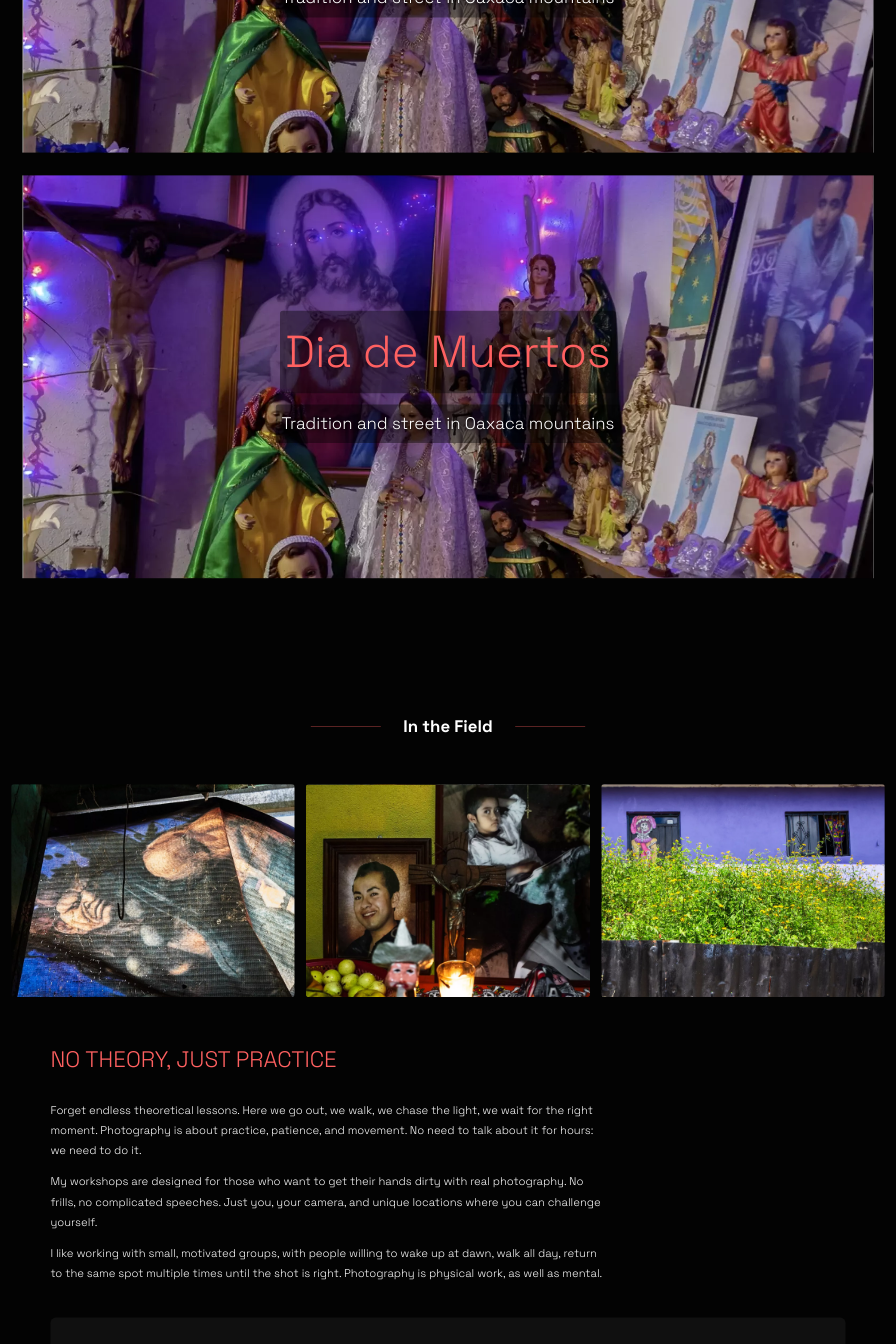
Repository: philipkdpavkia/photo-auto
Page: index.html
The author's editor kept a copy of each file at every save. The page is drawn from the files as they stood at one save, then again after the next save.
The browser window is 1280 px wide. The pictures show the part of the page from y = 1666 to 3586 px (the page is 4705 px tall before and 4097 px after), at 70% of full size.

Above is the page before, as saved 2024-11-16 16:26:58.

### index.html
<!DOCTYPE html>
<html lang="en">
 <head>
  <meta charset="utf-8"/>
  <meta content="width=device-width, initial-scale=1.0" name="viewport"/>
  <!-- Primary Meta Tags -->
  <title>
   Photography Workshops in Cuba, Senegal &amp; Mexico | Street &amp; Travel Photography
  </title>
  <meta content="Photography Workshops in Cuba, Senegal &amp; Mexico | Street &amp; Travel Photography" name="title"/>
  <meta content="Join immersive photography workshops in Havana, Senegal &amp; Day of the Dead Mexico. Small groups, hands-on street photography, unique locations. Lead by Francesco Pavia." name="description"/>
  <meta content="photography workshop, street photography, cuba photography workshop, senegal photo tour, day of the dead photography, mexico workshop, travel photography, havana street photography, african photography, workshop in cuba" name="keywords"/>
  <!-- Language Alternates -->
  <link href="https://www.fpworkshop.photo" hreflang="en" rel="alternate"/>
  <link href="https://www.fpworkshop.photo/it" hreflang="it" rel="alternate"/>
  <link href="https://www.fpworkshop.photo" hreflang="x-default" rel="alternate"/>
  <!-- Styles -->
  <link href="https://cdnjs.cloudflare.com/ajax/libs/font-awesome/6.0.0/css/all.min.css" media="all" rel="stylesheet"/>
  <link href="/css/style.css" media="screen" rel="stylesheet"/>
  <link as="font" crossorigin="" href="/fonts/SpaceGrotesk-Bold.woff2" rel="preload"/>
  <link as="font" crossorigin="" href="/fonts/SpaceGrotesk-Light.woff2" rel="preload"/>
 </head>
 <body>
  <header class="header">
   <nav class="nav">
    <a class="logo" href="#">
     FP PHOTO WORKSHOP
    </a>
    <button aria-label="Menu" class="hamburger">
     <span>
     </span>
     <span>
     </span>
     <span>
     </span>
    </button>
    <button class="lang-switch" id="langSwitch" onclick="switchLanguage()">
     IT
    </button>
    <div class="nav-links">
     <a href="#gallery">
      Gallery
     </a>
     <a href="/workshop/index.html">
      Workshops
     </a>
     <!-- Modificato qui -->
     <a href="#about">
      About
     </a>
     <a href="#contact">
      Contact
     </a>
     <a class="instagram-link" href="https://instagram.com/fpphotoworkshop" rel="noopener" target="_blank">
      <i class="fab fa-instagram">
      </i>
     </a>
    </div>
   </nav>
  </header>
  <main>
   <section class="hero">
    <a class="workshop-link" href="/workshop/cuba.html">  <!-- Modificato da workshops/cuba -->
        <img alt="Street Photography in Havana - Documentary workshop in Cuba" src="/images/cuba/cub-3.webp"/>
        <div class="workshop-text">
         <h2>Life in Havana</h2>
         <p>Street photography in Cuba's capital</p>
        </div>
       </a>
       <a class="workshop-link" href="/workshop/senegal.html">  <!-- Modificato da workshops/senegal -->
        <img alt="Photography Workshop in Senegal - Documentary and culture" src="/images/senegal/sen-5.webp"/>
        <div class="workshop-text">
         <h2>Senegal Adventures</h2>
         <p>Light and color in West Africa</p>
        </div>
       </a>
       <a class="workshop-link" href="/workshop/mexico.html">  <!-- Modificato da workshops/mexico -->
        <img alt="Day of the Dead Photography Workshop - Mexican traditions" src="/images/mexico/mex-24.webp"/>
        <div class="workshop-text">
         <h2>Dia de Muertos</h2>
         <p>Tradition and street in Oaxaca mountains</p>
        </div>
       </a>
    <a class="workshop-link" href="workshops/mexico">
     <img alt="Day of the Dead Photography Workshop - Mexican traditions" src="/images/mexico/mex-24.webp"/>
     <div class="workshop-text">
      <h2>
       Dia de Muertos
      </h2>
      <p>
       Tradition and street in Oaxaca mountains
      </p>
     </div>
    </a>
   </section>
   <section class="section-separator">
    <!-- Rimosso id="workshops" -->
    <div class="separator">
     <span class="line">
     </span>
     <h1 class="section-title">
      In the Field
     </h1>
     <span class="line">
     </span>
    </div>
    <div class="gallery">
     <div class="gallery-item">
      <img alt="Gallery Image - blog-132.webp" src="/images/blog-132.webp"/>
     </div>
     <div class="gallery-item">
      <img alt="Gallery Image - blog-118.webp" src="/images/blog-118.webp"/>
     </div>
     <div class="gallery-item">
      <img alt="Gallery Image - blog-85.webp" src="/images/blog-85.webp"/>
     </div>
    </div>
   </section>
   <section class="about" id="about">
    <h2>
     No Theory, Just Practice
    </h2>
    <p>
     Forget endless theoretical lessons. Here we go out, we walk, we chase the light, we wait for the right moment. Photography is about practice, patience, and movement. No need to talk about it for hours: we need to do it.
    </p>
    <p>
     My workshops are designed for those who want to get their hands dirty with real photography. No frills, no complicated speeches. Just you, your camera, and unique locations where you can challenge yourself.
    </p>
    <p>
     I like working with small, motivated groups, with people willing to wake up at dawn, walk all day, return to the same spot multiple times until the shot is right. Photography is physical work, as well as mental.
    </p>
    <div class="philosophy">
     <h3>
      How We Work
     </h3>
     <ul>
      <li>
       Only field practice, from dawn to dusk
      </li>
      <li>
       Small groups for maximum attention
      </li>
      <li>
       Daily photo reviews
      </li>
      <li>
       Total immersion in location
      </li>
     </ul>
    </div>
   </section>
   <section class="contact" id="contact">
    <h2>
     Contact
    </h2>
    <div class="contact-section">
     <h3>
      Workshops
     </h3>
     <p>
      For workshop information and bookings:
     </p>
     <a href="mailto:francescopaviaphotoworkshop@gmail.com">
      francescopaviaphotoworkshop@gmail.com
     </a>
    </div>
    <div class="contact-section">
     <h3>
      Photography Work
     </h3>
     <p>
      For projects and collaborations:
     </p>
     <a href="mailto:info@francescopavia.org">
      info@francescopavia.org
     </a>
    </div>
    <div class="contact-section">
     <h3>
      Phone
     </h3>
     <p>
      Call or WhatsApp:
     </p>
     <a href="tel:+393514010919">
      +39 351 401 0919
     </a>
    </div>
   </section>
  </main>
  <!-- Structured Data -->
  <script type="application/ld+json">
   {
      "@context": "https://schema.org",
      "@type": "ProfessionalService",
      "name": "Street Photography Workshops by Francesco Pavia",
      "image": [
        "https://www.fpworkshop.photo/images/cuba/cub-20.webp",
        "https://www.fpworkshop.photo/images/senegal/sen-9.webp",
        "https://www.fpworkshop.photo/images/mexico/mex-8.webp"
      ],
      "description": "Immersive photography workshops focusing on street and documentary photography in Cuba, Senegal, and Mexico.",
      "@type": "Product",
      "offers": [
        {
          "@type": "Offer",
          "name": "Havana Street Life Workshop",
          "description": "Street photography workshop in Cuba's vibrant capital"
        },
        {
          "@type": "Offer",
          "name": "Senegal Photography Adventure",
          "description": "Documentary photography in West Africa"
        },
        {
          "@type": "Offer",
          "name": "Day of the Dead Mexico Workshop",
          "description": "Cultural photography in Oaxaca mountains"
        }
      ],
      "url": "https://www.fpworkshop.photo",
      "telephone": "+393514010919",
      "sameAs": [
        "https://instagram.com/fpphotoworkshop"
      ]
    }
  </script>
  <!-- Scripts -->
  <script src="/language.js">
  </script>
  <script defer="" src="/script.js">
  </script>
 </body>
</html>

### css/style.css
@font-face {
    font-family: 'Space Grotesk';
    src: url('/fonts/SpaceGrotesk-Light.woff2') format('woff2');
    font-weight: 300;
    font-display: swap;
}

@font-face {
    font-family: 'Space Grotesk';
    src: url('/fonts/SpaceGrotesk-Bold.woff2') format('woff2');
    font-weight: 700;
    font-display: swap;
}

:root {
    --primary: #ffffff;
    --background: #030303;
    --accent: #FF6161;
    --transition: all 0.4s ease;
    --overlay-bg: rgba(0, 0, 0, 0.4);
    --hover-bg: rgba(0, 0, 0, 0.6);
}

html {
    scroll-behavior: smooth;
}

* {
    margin: 0;
    padding: 0;
    box-sizing: border-box;
}

body {
    background: var(--background);
    color: var(--primary);
    font-family: 'Space Grotesk', sans-serif;
    line-height: 1.6;
    overflow-x: hidden;
}

/* Header e navigazione */
.header {
    position: fixed;
    top: 0;
    left: 0;
    right: 0;
    padding: 1rem 2rem;
    background: rgba(0, 0, 0, 0.95);
    backdrop-filter: blur(10px);
    -webkit-backdrop-filter: blur(10px);
    z-index: 1000;
    border-bottom: 1px solid rgba(255, 255, 255, 0.1);
}

.nav {
    display: flex;
    justify-content: space-between;
    align-items: center;
    max-width: 1400px;
    margin: 0 auto;
}

.logo {
    font-weight: 700;
    font-size: 1.2rem;
    color: var(--primary);
    text-decoration: none;
    transition: var(--transition);
}

.logo:hover {
    color: var(--accent);
}

.nav-links {
    display: flex;
    gap: 2.5rem;
}

.nav-links a {
    color: var(--primary);
    text-decoration: none;
    font-size: 1rem;
    text-transform: uppercase;
    transition: var(--transition);
    padding: 0.5rem 1rem;
    border-radius: 4px;
}

.nav-links a:hover {
    color: var(--accent);
    background: rgba(255, 51, 102, 0.1);
}
/* Hamburger Menu */
.hamburger {
    display: none;
    cursor: pointer;
    padding: 0.5rem;
    background: none;
    border: none;
    z-index: 1002;
}

.hamburger span {
    display: block;
    width: 25px;
    height: 2px;
    background-color: var(--primary);
    margin: 5px 0;
    transition: var(--transition);
}

/* Modifica la media query mobile esistente */
@media screen and (max-width: 720px) {
    .hamburger {
        display: block;
    }

    .nav-links {
        position: fixed;
        top: 0;
        right: -100%;
        height: 100vh;
        width: 100%;
        background: rgba(0, 0, 0, 0.95);
        backdrop-filter: blur(10px);
        -webkit-backdrop-filter: blur(10px);
        flex-direction: column;
        justify-content: center;
        align-items: center;
        gap: 2rem;
        transition: var(--transition);
        z-index: 1001;
    }

    .nav-links.active {
        right: 0;
    }

    .hamburger.active span:nth-child(1) {
        transform: rotate(45deg) translate(5px, 5px);
    }

    .hamburger.active span:nth-child(2) {
        opacity: 0;
    }

    .hamburger.active span:nth-child(3) {
        transform: rotate(-45deg) translate(7px, -6px);
    }

    body.menu-open {
        overflow: hidden;
    }
}

.instagram-link {
    color: var(--primary);
    font-size: 1.5rem;
    transition: var(--transition);
}

.instagram-link:hover {
    color: var(--accent);
    transform: scale(1.1);
}

/* Language Switcher */
.lang-switch {
    position: fixed;
    top: 1rem;
    right: 1rem;
    background: var(--accent);
    color: var(--primary);
    border: none;
    padding: 0.5rem 1rem;
    border-radius: 4px;
    cursor: pointer;
    font-family: 'Space Grotesk', sans-serif;
    font-weight: 700;
    z-index: 1001;
    transition: var(--transition);
    color:#000000;
}

.lang-switch:hover {
    transform: translateY(-2px);
    box-shadow: 0 2px 8px rgba(255, 51, 102, 0.4);
    background: #ff1f57;
}

/* Hero Section */
.hero {
    margin-top: 60px;
    display: flex;
    flex-direction: column;
    gap: 2rem;
    padding: 2rem;
}

.workshop-link {
    display: block;
    position: relative;
    width: 100%;
    height: 80vh;
    overflow: hidden;
    transition: var(--transition);
}

.workshop-link:hover img {
    transform: scale(1.05);
}

.workshop-link img {
    width: 100%;
    height: 100%;
    object-fit: cover;
    transition: transform 0.6s ease-in-out;
}

.workshop-text {
    position: absolute;
    top: 50%;
    left: 50%;
    transform: translate(-50%, -50%);
    text-align: center;
    z-index: 2;
    width: 100%;
    padding: 0 1rem;
    display: flex;
    flex-direction: column;
    gap: 1rem;
    align-items: center;
}

.workshop-text h2 {
    font-size: 4rem;
    color: var(--accent);
    font-weight: normal;
    background: var(--overlay-bg);
    padding: 0.5rem;
    border-radius: 4px;
    width: fit-content;
    transition: var(--transition);
}

.workshop-link:hover .workshop-text h2 {
    background: var(--hover-bg);
    transform: translateY(-5px);
}

.workshop-text p {
    font-size: 1.5rem;
    color: var(--primary);
    text-shadow: 2px 2px 4px rgba(0, 0, 0, 0.8);
    background: var(--overlay-bg);
    padding: 0.5rem;
    border-radius: 4px;
    width: fit-content;
    transition: var(--transition);
}

.workshop-link:hover .workshop-text p {
    background: var(--hover-bg);
    transform: translateY(5px);
}

/* Section Titles */
.section-separator {
    padding-top: 8rem; /* Spazio per l'ancoraggio sotto l'header fisso */
    margin-top: 2rem;
}

.separator {
    display: flex;
    align-items: center;
    justify-content: center;
    gap: 2rem;
    margin-bottom: 4rem;
}

.separator .line {
    height: 1px;
    width: 100px;
    background: var(--accent);
    opacity: 0.5;
}

.separator .section-title {
    margin: 0;
    padding: 0;
    white-space: nowrap;
}

/* Offset per l'ancoraggio smooth */
html {
    scroll-padding-top: 100px; /* Aggiusta questo valore in base all'altezza del tuo header */
}

/* Gallery */
.gallery {
    display: grid;
    grid-template-columns: repeat(3, 1fr);
    gap: 1rem;
    padding: 0 1rem;
}

.gallery-item {
    aspect-ratio: 4/3;
    overflow: hidden;
    border-radius: 4px;
    transition: var(--transition);
}

.gallery-item:hover {
    transform: translateY(-5px);
    box-shadow: 0 5px 15px rgba(0, 0, 0, 0.3);
}

.gallery-item img {
    width: 100%;
    height: 100%;
    object-fit: cover;
    transition: transform 0.6s ease-in-out;
}

.gallery-item:hover img {
    transform: scale(1.1);
}

/* About Section */
.about {
    padding: 4rem 2rem;
    max-width: 1200px;
    margin: 0 auto;
}

.about h2 {
    font-size: 2rem;
    font-weight: normal;
    margin-bottom: 2rem;
    text-transform: uppercase;
    color: var(--accent);
}

.about p {
    font-size: 1rem;
    max-width: 800px;
    margin-bottom: 1rem;
    line-height: 1.8;
}

/* Philosophy Section */
.philosophy {
    margin-top: 3rem;
    padding: 2rem;
    background: rgba(255, 255, 255, 0.05);
    border-radius: 8px;
}

.philosophy h3 {
    font-size: 1.5rem;
    font-weight: normal;
    margin-bottom: 1rem;
    text-transform: uppercase;
    color: var(--accent);
}

.philosophy ul {
    list-style: none;
}

.philosophy li {
    font-size: 1rem;
    margin-bottom: 0.5rem;
    padding-left: 1.5rem;
    position: relative;
}

.philosophy li::before {
    content: "•";
    color: var(--accent);
    position: absolute;
    left: 0;
    font-size: 1.2em;
}

/* Contact Section */
.contact {
    padding: 4rem 2rem;
    max-width: 1200px;
    margin: 0 auto;
}

.contact h2 {
    font-size: 2rem;
    font-weight: normal;
    margin-bottom: 2rem;
    text-transform: uppercase;
    color: var(--accent);
}

.contact-section {
    margin-bottom: 2rem;
    padding: 2rem;
    background: rgba(255, 255, 255, 0.05);
    border-radius: 8px;
    transition: var(--transition);
}

.contact-section:hover {
    background: rgba(255, 255, 255, 0.08);
    transform: translateY(-2px);
}

.contact-section h3 {
    font-size: 1.5rem;
    font-weight: normal;
    margin-bottom: 1rem;
    text-transform: uppercase;
}

.contact-section p {
    margin-bottom: 0.5rem;
}

.contact-section a {
    color: var(--accent);
    text-decoration: none;
    transition: var(--transition);
    display: inline-block;
}

.contact-section a:hover {
    text-decoration: none;
    transform: translateX(5px);
}
/* Workshop Button */
.workshop-button {
    display: inline-block;
    width: 100%;
    padding: 0.5rem 1rem;
    background: var(--accent);
    color: var(--primary);
    border: none;
    border-radius: 4px;
    cursor: pointer;
    font-family: 'Space Grotesk', sans-serif;
    font-weight: 700;
    text-align: center;
    text-decoration: none;
    transition: var(--transition);
    color: #000000;
}

.workshop-button:hover {
    transform: translateY(-2px);
    box-shadow: 0 2px 8px rgba(255, 51, 102, 0.4);
    background: #ff1f57;
}

/* Media Queries */
/* Breakpoint per tablet e schermi medi (tra 721px e 1024px) */
@media screen and (min-width: 721px) and (max-width: 1024px) {
    .nav-links {
        gap: 1.5rem; /* Ridotto lo spazio tra i link */
    }

    .instagram-link {
        margin-right: 4rem; /* Spazio a destra per il language switcher */
    }

    .lang-switch {
        right: 1rem;
        top: 1rem;
    }

    .nav {
        padding-right: 5rem; /* Spazio extra a destra per evitare sovrapposizioni */
    }
}
/* Media Queries */
@media screen and (min-width: 721px) and (max-width: 1024px) {
    .nav-links {
        gap: 1.5rem;
    }

    .instagram-link {
        margin-right: 4rem;
    }

    .nav {
        padding-right: 5rem;
    }
}

@media screen and (max-width: 720px) {
    /* Layout di navigazione */
    .nav {
        display: flex;
        align-items: center;
        justify-content: space-between;
        padding: 0.5rem 1rem;
    }

    .logo {
        font-size: 0.9rem;
        z-index: 1002;
    }

    /* Hamburger Menu */
    .hamburger {
        display: flex;
        flex-direction: column;
        gap: 6px;
        background: none;
        border: none;
        padding: 0.5rem;
        cursor: pointer;
        margin-left: auto;
        margin-right: 3rem;
        z-index: 1002;
    }

    .hamburger span {
        display: block;
        width: 24px;
        height: 2px;
        background: var(--primary);
        transition: var(--transition);
    }

    .hamburger.active span:first-child {
        transform: translateY(8px) rotate(45deg);
    }

    .hamburger.active span:nth-child(2) {
        opacity: 0;
    }

    .hamburger.active span:last-child {
        transform: translateY(-8px) rotate(-45deg);
    }

    /* Menu Mobile */
    .nav-links {
        position: fixed;
        top: 0;
        right: -100%;
        height: 100vh;
        width: 100%;
        background: rgba(0, 0, 0, 0.95);
        backdrop-filter: blur(10px);
        -webkit-backdrop-filter: blur(10px);
        display: flex;
        flex-direction: column;
        justify-content: center;
        align-items: center;
        gap: 2rem;
        transition: var(--transition);
        z-index: 1001;
    }

    .nav-links.active {
        right: 0;
    }

    .nav-links a {
        font-size: 1.2rem;
        padding: 1rem 2rem;
    }

    /* Language Switcher Mobile */
    .lang-switch {
        position: fixed;
        top: 1rem;
        right: 1rem;
        padding: 0.4rem 0.8rem;
        font-size: 0.9rem;
        z-index: 1002;
    }

    /* Contenuto principale Mobile */
    .section-title {
        font-size: 2.5rem;
    }

    .gallery {
        grid-template-columns: 1fr;
    }

    .workshop-link {
        height: 50vh;
    }

    .workshop-text h2 {
        font-size: 2rem;
    }

    .workshop-text p {
        font-size: 1rem;
    }

    .about h2,
    .contact h2 {
        font-size: 1.5rem;
    }

    .about p {
        font-size: 0.9rem;
    }

    .philosophy h3,
    .contact-section h3 {
        font-size: 1.2rem;
    }

    .about,
    .contact {
        padding: 2rem 1rem;
    }

    .philosophy,
    .contact-section {
        padding: 1rem;
    }

    body.menu-open {
        overflow: hidden;
    }
}

/* Extra Small Devices */
@media screen and (max-width: 360px) {
    .logo {
        font-size: 0.8rem;
    }

    .nav-links {
        gap: 1rem;
    }

    .nav-links a {
        font-size: 0.7rem;
        padding: 0.2rem 0.4rem;
    }
}

### language.js
// Gestione della lingua
let currentLang = localStorage.getItem('lang') || 'it';
const translations = {}; // Qui importeremo il JSON delle traduzioni

async function loadTranslations() {
    try {
        // Assicurati che il percorso sia corretto
        const response = await fetch('/translations.json');
        if (!response.ok) {
            throw new Error(`HTTP error! status: ${response.status}`);
        }
        const data = await response.json();
        Object.assign(translations, data);
        updateContent();
    } catch (error) {
        console.error('Error loading translations:', error);
        // Fallback in caso di errore
        document.getElementById('langSwitch').style.display = 'none';
    }
}

function switchLanguage() {
    // Aggiungi un console.log per debug
    console.log('Switching language from', currentLang);
    currentLang = currentLang === 'it' ? 'en' : 'it';
    console.log('to', currentLang);

    localStorage.setItem('lang', currentLang);
    updateContent();
    updateLangButton();
}

function updateLangButton() {
    const button = document.getElementById('langSwitch');
    if (button) {
        button.textContent = currentLang === 'it' ? 'EN' : 'IT';
        // Aggiungi un console.log per debug
        console.log('Button updated to:', button.textContent);
    }
}

function updateContent() {
    // Verifica che translations sia caricato
    if (Object.keys(translations).length === 0) {
        console.warn('Translations not loaded yet');
        return;
    }

    const elements = document.querySelectorAll('[data-i18n]');
    elements.forEach(element => {
        const key = element.dataset.i18n;
        const keys = key.split('.');
        let value = translations[currentLang];

        // Verifica che il valore esista
        if (!value) {
            console.warn(`Translation missing for language: ${currentLang}`);
            return;
        }

        try {
            keys.forEach(k => {
                value = value[k];
            });
            if (value) element.textContent = value;
        } catch (error) {
            console.warn(`Translation key not found: ${key}`);
        }
    });
}

// Inizializza quando il DOM è caricato
document.addEventListener('DOMContentLoaded', () => {
    loadTranslations();
    updateLangButton();
});

### script.js
document.addEventListener('DOMContentLoaded', () => {
    const hamburger = document.querySelector('.hamburger');
    const navLinks = document.querySelector('.nav-links');
    const body = document.body;

    hamburger.addEventListener('click', () => {
        hamburger.classList.toggle('active');
        navLinks.classList.toggle('active');
        body.classList.toggle('menu-open');
    });

    // Chiudi il menu quando si clicca su un link
    document.querySelectorAll('.nav-links a').forEach(link => {
        link.addEventListener('click', () => {
            hamburger.classList.remove('active');
            navLinks.classList.remove('active');
            body.classList.remove('menu-open');
        });
    });
});

Loaded but not shown: translations.json (243 lines, source omitted)

After the next save:
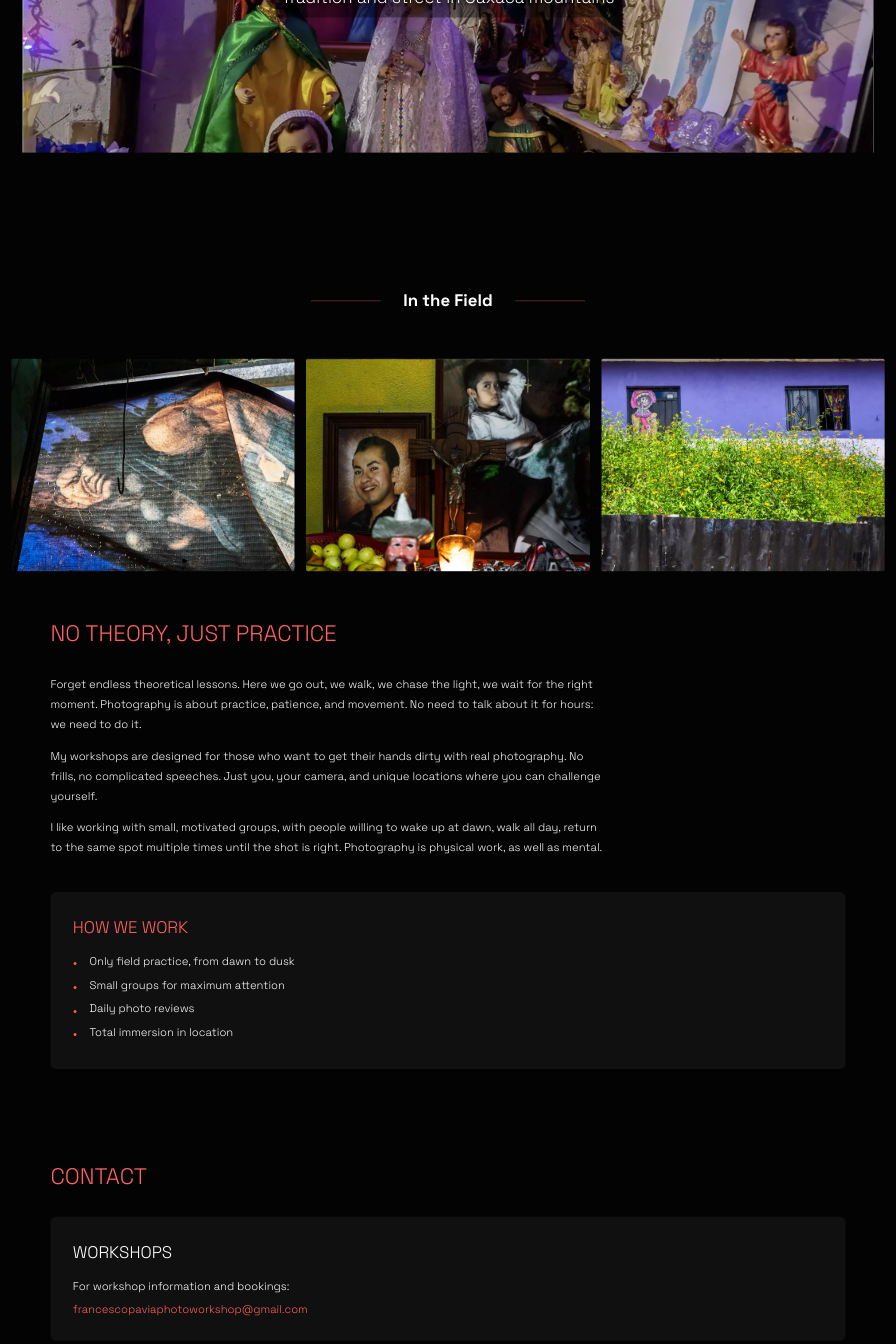
Saved 45 s later.
--- a/index.html
+++ b/index.html
@@ -81,17 +81,6 @@
          <p>Tradition and street in Oaxaca mountains</p>
         </div>
        </a>
-    <a class="workshop-link" href="workshops/mexico">
-     <img alt="Day of the Dead Photography Workshop - Mexican traditions" src="/images/mexico/mex-24.webp"/>
-     <div class="workshop-text">
-      <h2>
-       Dia de Muertos
-      </h2>
-      <p>
-       Tradition and street in Oaxaca mountains
-      </p>
-     </div>
-    </a>
    </section>
    <section class="section-separator">
     <!-- Rimosso id="workshops" -->
